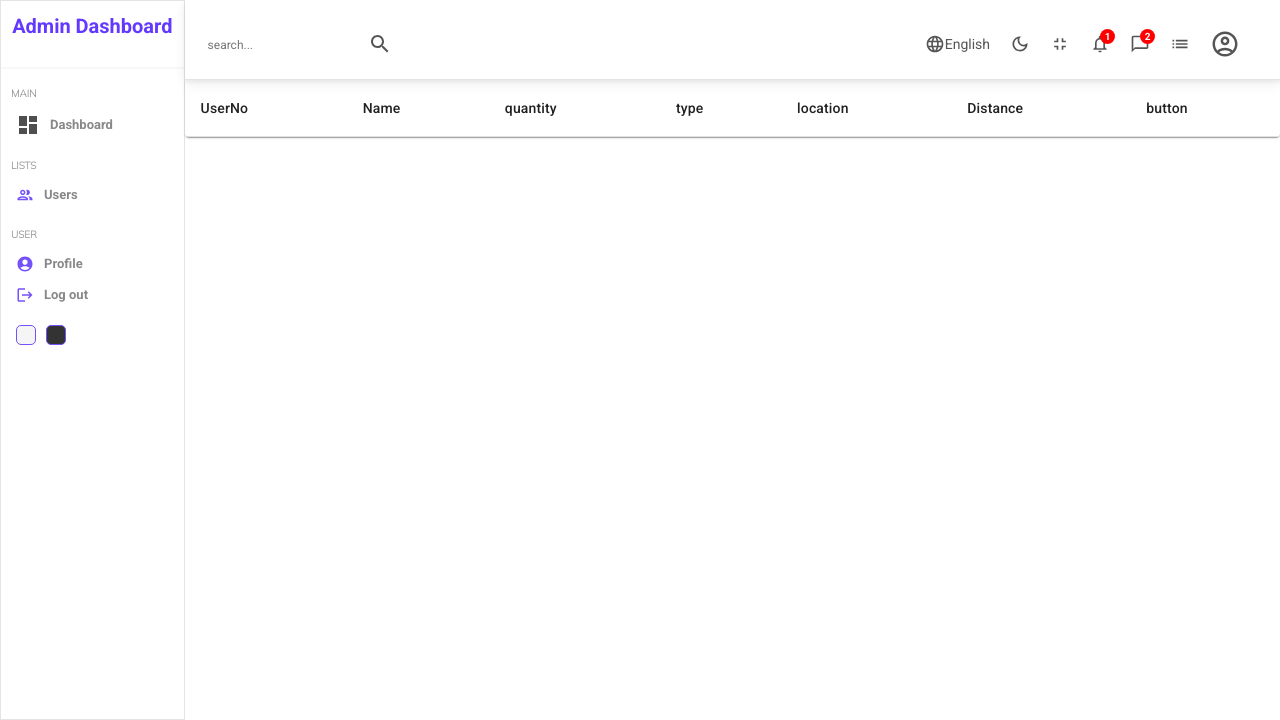
Repository: psbro/beta03_hackoverdose
Page: /dashboard/user/list (app in frontend/annaseva/)
These files come from the project's save history. The page is drawn as it stood at one moment and after the next save; the edit follows.
The browser window is 1280 px wide. The pictures show the whole page.
The project was rebuilt for these pictures with package versions that can differ from the ones it lists, and the page was loaded fresh each time. Also part of the build but not shown: frontend/annaseva/src/Home/components/Nav.js, frontend/annaseva/src/Home/components/main_box/Main_box.jsx, frontend/annaseva/src/Home/components/main__components/Main__components.jsx, frontend/annaseva/src/Home/pages/Main.jsx, frontend/annaseva/src/Home/components/Aim/Aim__components.jsx, frontend/annaseva/src/Home/pages/Aim.jsx, frontend/annaseva/src/Home/components/gallery__components/Gallery__components.jsx, frontend/annaseva/src/Home/pages/Gallery.jsx and 41 more.

Above is the page before, as saved 2022-12-04 00:15:43.

After the next save:
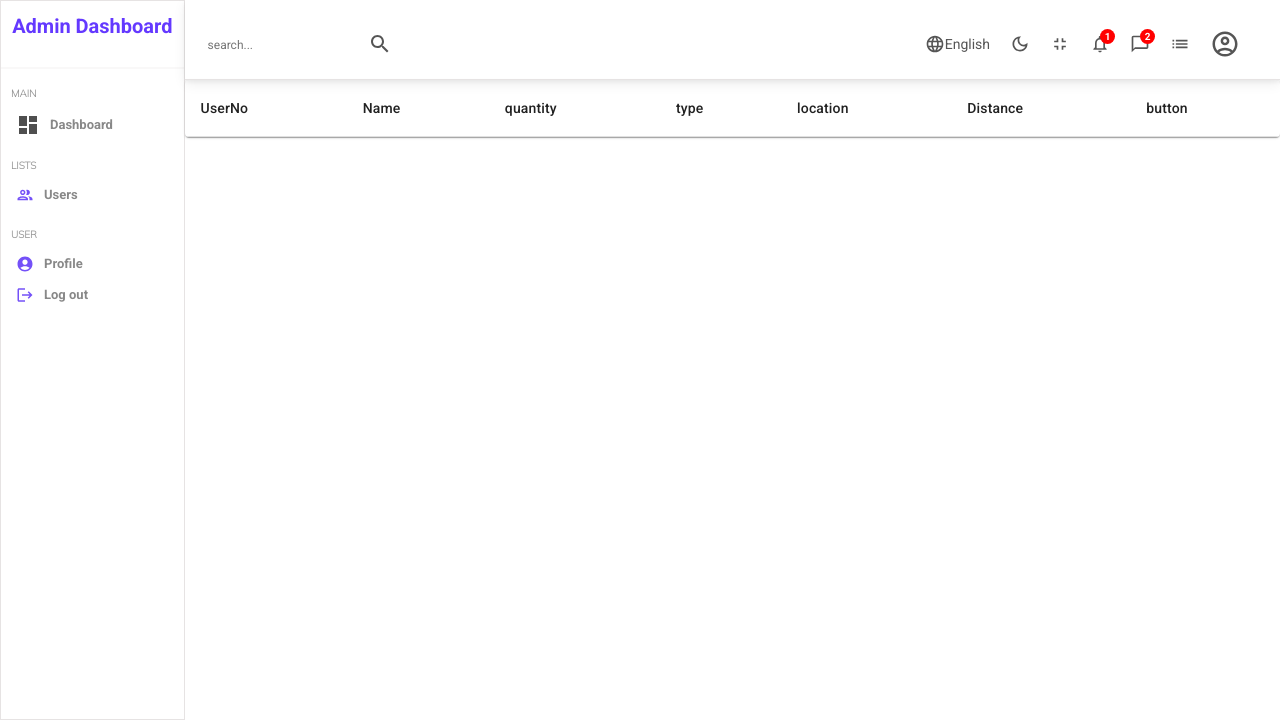
Saved 15 s later.
--- a/frontend/annaseva/src/dashboard/components/sidebar/Sidebar.jsx
+++ b/frontend/annaseva/src/dashboard/components/sidebar/Sidebar.jsx
@@ -70,10 +70,7 @@ const Sidebar = () => {
                 </ul>
             </div>
 
-            <div className="bottom">
-                <div className="colorOption"></div>
-                <div className="colorOption"></div>
-            </div>
+
 
         </div>
 
